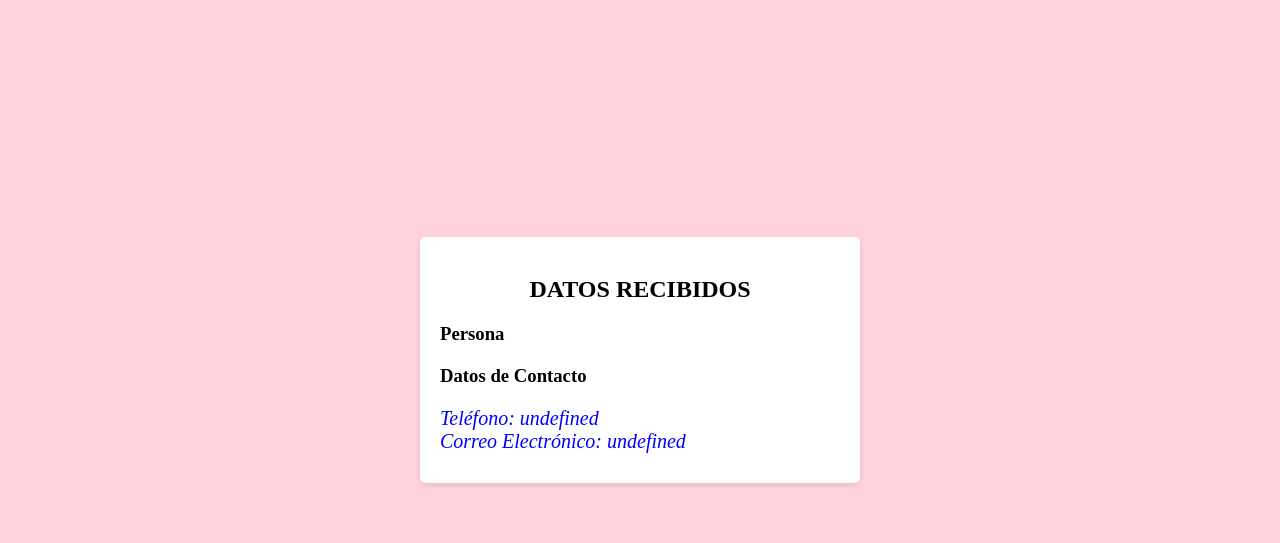
Repository: UVMCoyoacan/InnovaWeb
Page: recibedatosCV.html
An editor plug-in stored every save of this project. The page is shown before and after the next save, followed by the edit.
The browser window is 1280 px wide. The pictures show the whole page.

Above is the page before, as saved 2024-03-01 11:42:28.

### recibedatosCV.html
<!DOCTYPE html>
<html>
<head>
    <title>Recibe Datos</title>
    <style>
        body {
            font-family: 'Times New Roman', Times, serif;
            background-color: #ffd1dc;
            margin: 0;
            padding: 0;
            display: flex;
            justify-content: center;
            align-items: center;
            height: 100vh;
        }
        .container {
            width: 400px;
            padding: 20px;
            background-color: #fff;
            border-radius: 5px;
            box-shadow: 0 2px 5px rgba(0, 0, 0, 0.1);
        }
        h2 {
            margin-bottom: 20px;
            text-align: center;
        }
        p {
            margin-bottom: 10px;
        }
        .dato {
            font-style: italic;
            color: blue;
            font-size: 20px;
        }
    </style>
</head>
<body>
    <div class="container">
        <h2>DATOS RECIBIDOS</h2>

        <h3>Persona</h3>
        <p class="dato" id="Persona"></p>

        <h3>Datos de Contacto</h3>
        <p class="dato" id="Detalles"></p>
    </div>

    <script>
        function getUrlVars() {
            var vars = {};
            var parts = window.location.href.replace(/[?&]+([^=&]+)=([^&]*)/gi, function (m, key, value) {
                vars[key] = decodeURIComponent(value);
            });
            return vars;
        }

        var params = getUrlVars();
        var nombre = params["nombre"];
        var telefono = params["telefono"];
        var correo = params["email"];

        var nomper = document.getElementById("Persona");
        var datPers = document.getElementById("Detalles");
        nomper.textContent = nombre;
        datPers.innerHTML = "Teléfono: " + telefono + "<br>Correo Electrónico: " + correo;
    </script>
</body>
</html>

After the next save:
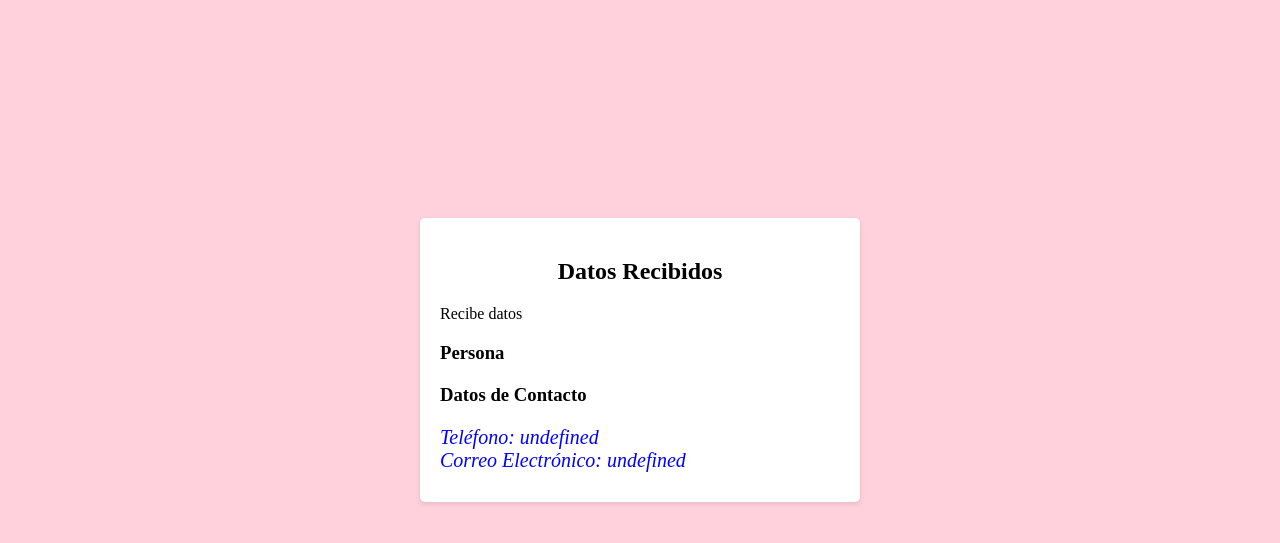
Saved 2 min 45 s later.
--- a/recibedatosCV.html
+++ b/recibedatosCV.html
@@ -36,7 +36,8 @@
 </head>
 <body>
     <div class="container">
-        <h2>DATOS RECIBIDOS</h2>
+        <h2>Datos Recibidos</h2>
+        <p>Recibe datos</p>
 
         <h3>Persona</h3>
         <p class="dato" id="Persona"></p>
@@ -49,7 +50,7 @@
         function getUrlVars() {
             var vars = {};
             var parts = window.location.href.replace(/[?&]+([^=&]+)=([^&]*)/gi, function (m, key, value) {
-                vars[key] = decodeURIComponent(value);
+                vars[key] = decodeURIComponent(value.replace(/\+/g, ' '));
             });
             return vars;
         }
